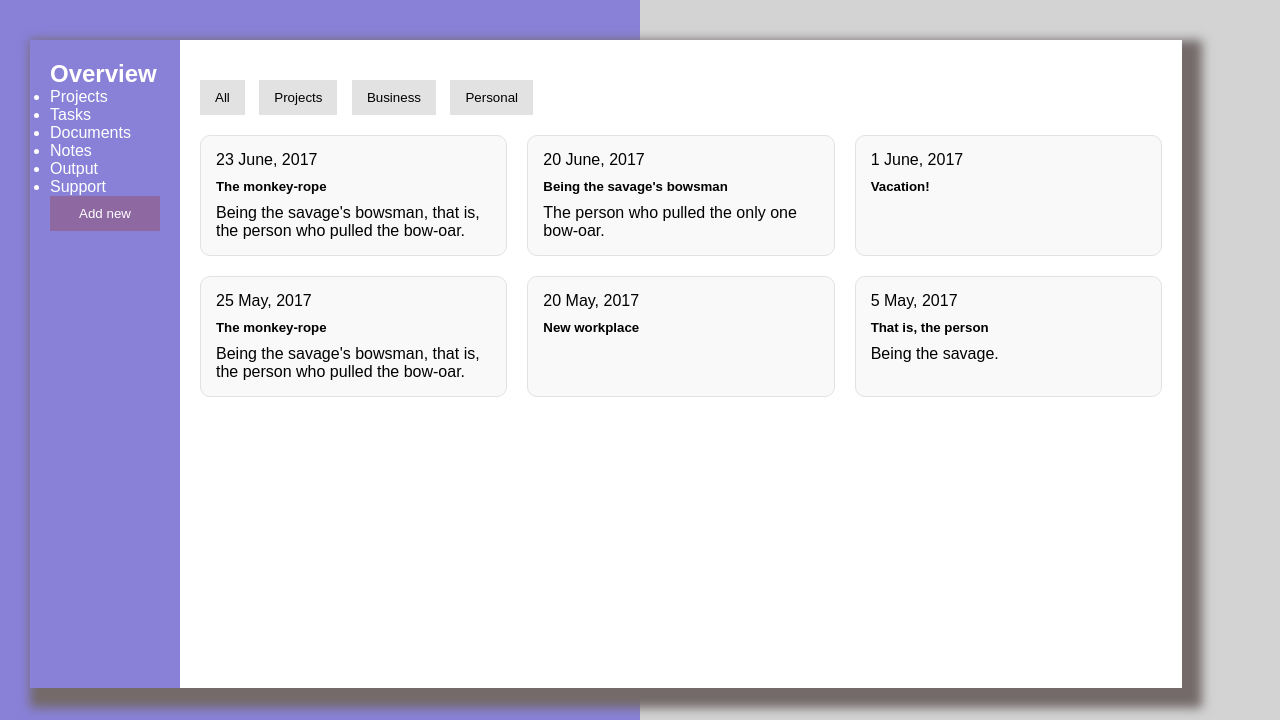
Repository: SatenikGabrielyan/HTML_CSS-_Assignment
Page: index.html
The author's editor kept a copy of each file at every save. The page is drawn from the files as they stood at one save, then again after a run of saves.
The browser window is 1280 px wide. The pictures show the whole page.
Some web libraries are served in a nearby version.

Above is the page before, as saved 2025-03-17 20:26:37.

### index.html
<!DOCTYPE html>
<html lang="en">
  <head>
    <meta charset="UTF-8" />
    <meta name="viewport" content="width=device-width, initial-scale=1.0" />
    <title>Notes App</title>
    <link rel="stylesheet" href="./style.css" />
    <!-- Include Font Awesome for icons -->
    <!-- <link href="https://cdnjs.cloudflare.com/ajax/libs/font-awesome/6.0.0-beta3/css/all.min.css" rel="stylesheet"/> -->
    <script src="https://kit.fontawesome.com/858d305f19.js" crossorigin="anonymous"></script>
</head>
  <body>

      <div class="cont">
          <div class="purp"></div>
          <div class="whit"></div>
      </div>
    <div class="container">
<!--
      <nav class="sidebar">
        <div class="sidebar-header">
          <h2>Notes</h2>
        </div>
        <ul class="sidebar-list">
          <li><i class="fas fa-home"></i> Home</li>
          <li><i class="fas fa-search"></i> Search</li>
          <li><i class="fas fa-bell"></i> Notifications</li>
        </ul>
      </nav>

      <main class="main-content">
        <header>
          <div class="header-left">
            <p>Hello, Peter!</p>
          </div>
          <div class="header-right">
            <i class="fas fa-bell"></i>
            <button class="add-note-btn">
              <i class="fas fa-plus"></i> Add New Note
            </button>
          </div>
        </header>
        <section class="notes-grid">

          <div class="note-item image-note">
            <img src="https://via.placeholder.com/150" alt="Note Image" />
          </div>

          <div class="note-item text-note">
            <p>Sample text note content...</p>
          </div>

          <div class="note-item mixed-note">
            <img src="https://via.placeholder.com/150" alt="Note Image" />
            <p>Sample mixed note content...</p>
          </div>
        </section>
      </main> -->
      <aside class="sidebar">
        <header>
            <h2>Overview</h2>
        </header>
        <nav>
            <ul>
                <li>Projects</li>
                <li>Tasks</li>
                <li>Documents</li>
                <li>Notes</li>
                <li>Output</li>
                <li>Support</li>
            </ul>
        </nav>
        <button class="add-new">Add new</button>
    </aside>

    <main class="main-content">
        <!-- <div class="header">
            <input type="text" placeholder="Search"><i class="fas fa-search"></i>
            <h3>Hello, Peter!</h3>
        <!-- </div> -->
        <!-- <nav class="sidebar"> -->
            <!-- <div class="sidebar-header">
              <h2>Notes</h2>
            </div>
            <ul class="sidebar-list">
            <li class="about"><a href="#search"><i class="fas fa-search"> Search</a></li>
            <li class="about" style="float:right"><a class="active" href="#about">Hello, Peter!</a></li>
            </ul> -->
          </nav>

        <div class="tabs">
            <button>All</button>
            <button>Projects</button>
            <button>Business</button>
            <button>Personal</button>
        </div>
        <div class="notes-grid">
            <div class="note-card">
                <h4>23 June, 2017</h4>
                <h5>The monkey-rope</h5>
                <p>Being the savage's bowsman, that is, the person who pulled the bow-oar.</p>
            </div>
            <div class="note-card">
                <h4>20 June, 2017</h4>
                <h5>Being the savage's bowsman</h5>
                <p>The person who pulled the only one bow-oar.</p>
            </div>
            <div class="note-card">
                <h4>1 June, 2017</h4>
                <h5>Vacation!</h5>
            </div>
            <div class="note-card">
                <h4>25 May, 2017</h4>
                <h5>The monkey-rope</h5>
                <p>Being the savage's bowsman, that is, the person who pulled the bow-oar.</p>
            </div>
            <div class="note-card">
                <h4>20 May, 2017</h4>
                <h5>New workplace</h5>
            </div>
            <div class="note-card">
                <h4>5 May, 2017</h4>
                <h5>That is, the person</h5>
                <p>Being the savage.</p>
            </div>
        </div>
    </main>
    </div>

  </body>
</html>

### style.css
/* CSS Variables for Colors */
:root {
    --bg-color: #fbfbfb;
    --primary-color: #8981d8;
    --secondary-color: #d0d0d0;
    --text-color: #858499;
    --highlight-color: #7f77cc;
    --hover-color: rgba(137, 129, 216, 0.5);
  }


  * {
    margin: 0;
    padding: 0;
    box-sizing: border-box;
  }

  body {
    font-family: Arial, sans-serif;
    background-color: var(--bg-color);
    display: flex;
    height: 100vh;
  }
  .wrapper{
    position: relative;
  }
  .cont{
      display: flex;
      width: 100%;
      position: relative;
      z-index: -1;
      border-radius: 10px;
  }
.purp {
    width: 50%;
    background-color: var(--primary-color);
    flex-direction: row;
}
.whit {
    width: 50%;
    background-color: lightgray;
    flex-direction: row;
}
  .container {
    display: flex;
    width: 90%;
    height: 90%;

    box-shadow: 10px 10px 10px 10px rgb(116, 106, 106);
    margin-left: 30px;
    margin-right: 30px;
    margin-top: 40px;
    margin-bottom: 80px;
    background: center;
    position: absolute;
    z-index: 2;
  }

   .sidebar {
    width: 150px;
    background-color: var(--primary-color);
    color: #fff;
    display: flex;
    flex-direction: column;
    padding: 20px;
  }

  .main-content li {
    float: left;
  }

  .main-content li a {
    display: block;
    color: white;
    text-align: center;
    padding: 14px 16px;
    text-decoration: none;
  }

  .main-content li a:hover:not(.active) {
    background-color: #111;
  }

  .sidebar-header h2 {
    margin-bottom: 20px;
  }

  .sidebar-list {
    list-style: none;
  }

  .sidebar-list li {
    margin: 15px 0;
    display: flex;
    align-items: center;
    cursor: pointer;
  }

  .sidebar-list li i {
    margin-right: 10px;
  }
   */
  .main-content {
    background-color: white;
    width: 200px;
    flex-grow: 1;
    padding: 20px;
    overflow-y: auto;
  }

  /* header {
    display: flex;
    justify-content: space-between;
    align-items: center;
    margin-bottom: 20px;
  }

  .header-left p {
    font-size: 1.2em;
    color: var(--text-color);
  }

  .header-right {
    display: flex;
    align-items: center;
  }

  .header-right i {
    margin-right: 20px;
    cursor: pointer;
  }

  .add-note-btn {
    background-color: var(--primary-color);
    color: #fff;
    border: none;
    padding: 10px 20px;
    cursor: pointer;
    display: flex;
    align-items: center;
  }

  .add-note-btn i {
    margin-right: 10px;
  }


  .notes-grid {
    display: grid;
    grid-template-columns: repeat(auto-fill, minmax(300px, 1fr));
    gap: 20px;
  }

  .note-item {
    background-color: #fff;
    border-radius: 8px;
    box-shadow: 0 2px 4px rgba(0, 0, 0, 0.1);
    overflow: hidden;
    display: flex;
    flex-direction: column;
    padding: 20px;
  }

  .note-item img {
    width: 100%;
    height: auto;
    border-radius: 8px;
    margin-bottom: 15px;
  }

  .note-item p {
    color: var(--text-color);
    font-size: 1em;
    line-height: 1.5;
  }


  .sidebar-list li:hover {
    background-color: var(--highlight-color);
    transition: background-color 0.3s ease;
  }


  @media (max-width: 768px) {
    .container {
      flex-direction: column;
    }

    .sidebar {
      width: 100%;
      flex-direction: row;
      justify-content: space-around;
      padding: 10px;
    }

    .sidebar-list {
      display: flex;
      flex-direction: row;
      gap: 15px;
    }

    .sidebar-list li {
      margin: 0;
    }

    .main-content {
      padding: 10px;
    }

    header {
      flex-direction: column;
      align-items: flex-start;
    }

    .header-right {
      margin-top: 10px;
    }

    .notes-grid {
      grid-template-columns: 1fr;
    }

    .note-item {
      padding: 10px;
    }

    .note-item img {
      margin-bottom: 10px;
    }
  } */
  /* .sidebar {
    background-color: #5e4b9a;
    color: white;
    width: 300px;
    padding: 20px;
} */

/* .sidebar header {
    font-size: 24px;
}

.sidebar nav ul {
    list-style: none;
    padding: 0;
}

.sidebar nav ul li {
    margin: 15px 0;
} */

.add-new {
    background-color: #8e68a0;
    color: white;
    border: none;
    padding: 10px;
    cursor: pointer;
}

.main-content {
    flex: 1;
    padding: 20px;
    background-color: white;
}

.header {
    display: flex;
    justify-content: space-between;
    align-items: center;
}

.header input {
    padding: 10px;
    width: 70%;
}

.header h3 {
    margin: 0;
}

.tabs {
    margin: 20px 0;
}

.tabs button {
    margin-right: 10px;
    padding: 10px 15px;
    border: none;
    background-color: #e2e2e2;
    cursor: pointer;
}

.notes-grid {
    display: grid;
    grid-template-columns: repeat(auto-fill, minmax(240px, 1fr));
    gap: 20px;
}

.note-card {
    border: 1px solid #e2e2e2;
    border-radius: 10px;
    padding: 15px;
    background-color: #f9f9f9;
}

.note-card h4 {
    margin: 0;
    font-weight: normal;
}

.note-card h5 {
    margin: 10px 0;
}

After the next 7 saves:
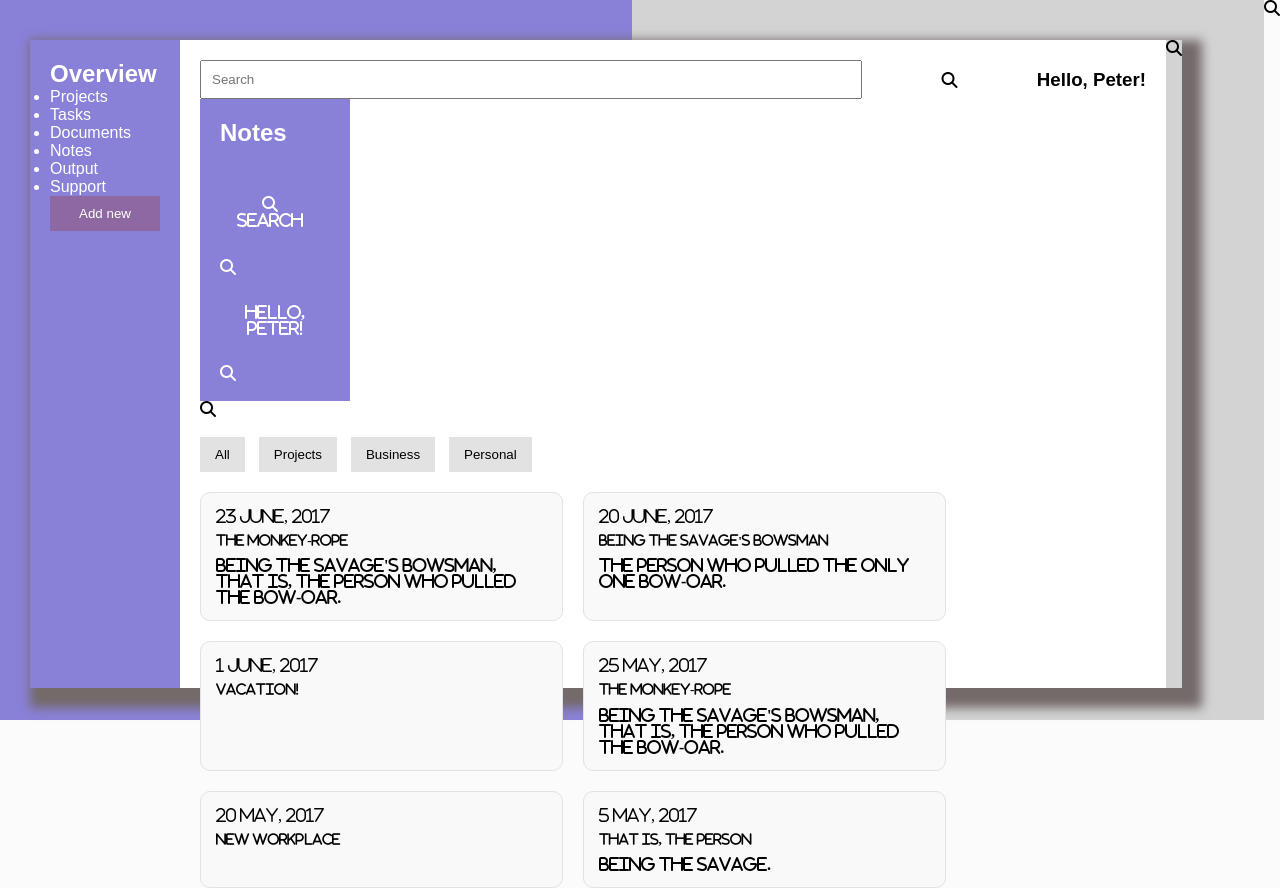
The 7 saves are shown as one change because they came seconds apart.
The last was saved 25 s later.
--- a/index.html
+++ b/index.html
@@ -74,18 +74,18 @@
     </aside>
 
     <main class="main-content">
-        <!-- <div class="header">
+       <div class="header">
             <input type="text" placeholder="Search"><i class="fas fa-search"></i>
             <h3>Hello, Peter!</h3>
-        <!-- </div> -->
-        <!-- <nav class="sidebar"> -->
-            <!-- <div class="sidebar-header">
+    </div>
+         <nav class="sidebar">
+             <div class="sidebar-header">
               <h2>Notes</h2>
             </div>
             <ul class="sidebar-list">
             <li class="about"><a href="#search"><i class="fas fa-search"> Search</a></li>
             <li class="about" style="float:right"><a class="active" href="#about">Hello, Peter!</a></li>
-            </ul> -->
+            </ul>
           </nav>
 
         <div class="tabs">
